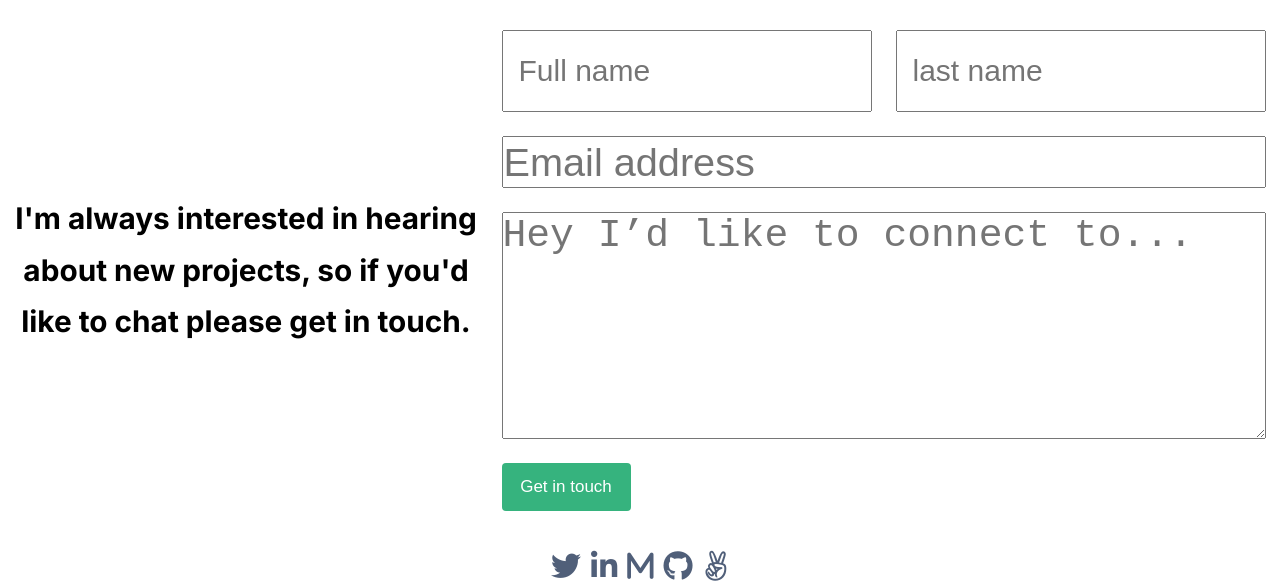
Repository: usman3123/portfolio-template-2
Page: index.html
An editor plug-in stored every save of this project. The page is shown before and after the next save, followed by the edit.
The browser window is 1280 px wide. The pictures show the part of the page from y = 3210 to 3796 px (the page is 3796 px tall before and 3741 px after).
A picture or video elsewhere on the page could not be fetched, so the positions and the page height are approximate. Some web libraries are served in a nearby version.

Above is the page before, as saved 2025-01-21 10:06:53.

After the next save:
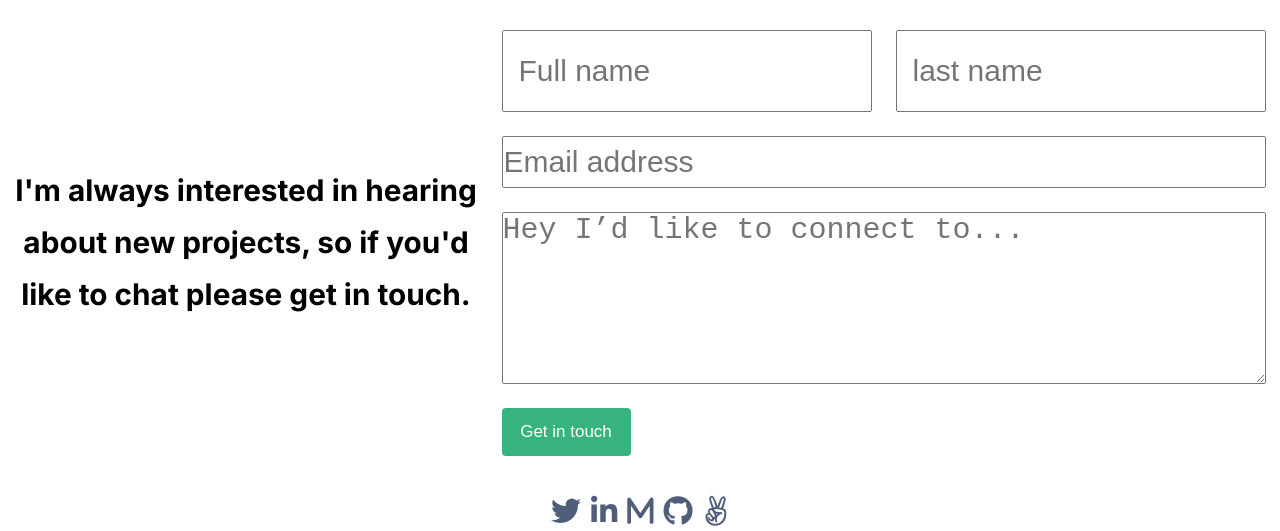
Saved 23 s later.
--- a/style.css
+++ b/style.css
@@ -316,7 +316,7 @@ h2::before {
 }
 .contact-email {
     color:#42526e ;
-    font-size: 30px;
+    font-size:20px ;
     line-height: 32px;
     width: 100%;
     text-align: center;
@@ -342,13 +342,13 @@ h2::before {
 }
 .my-email {
     line-height: 48px;
-    font-size: 4rem;
+    font-size: 30px;
 }
 .contact-button {
     width: 129px;
 }
 .feed-back {
-    font-size: 4rem;
+    font-size: 30px;
 }
 
 
